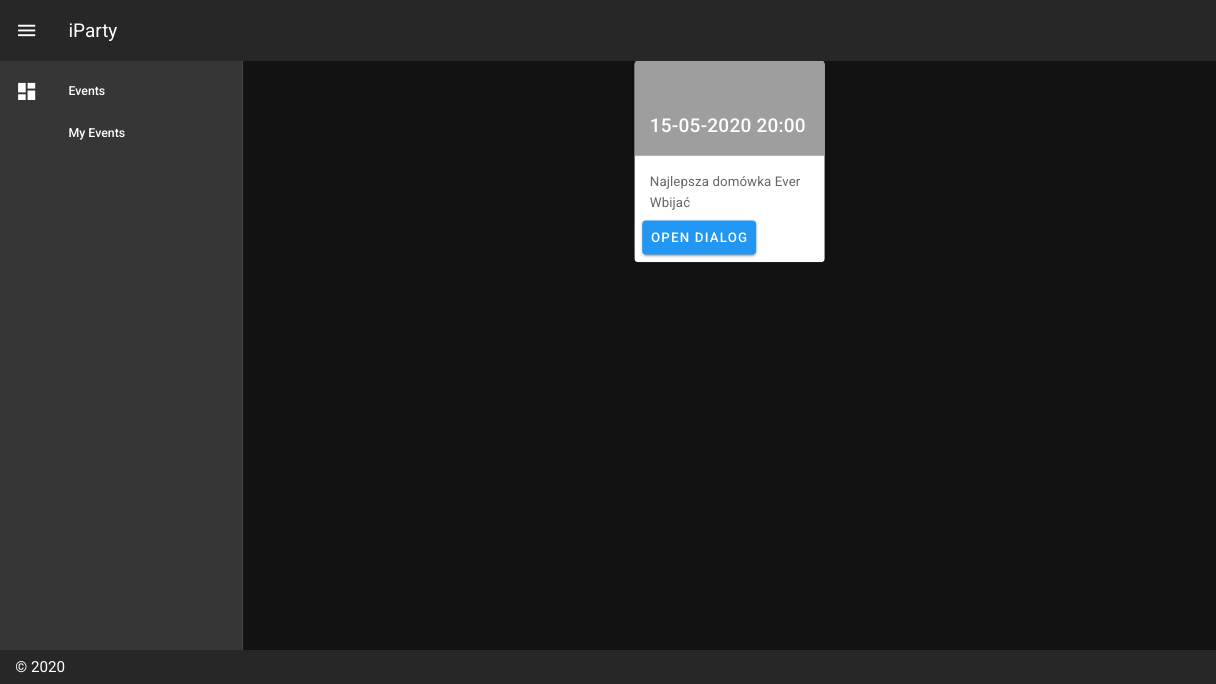
Repository: hexanek/partyapp
Page: /
These files come from the project's save history. The page is drawn as it stood at one moment and after the next save; the edit follows.
The browser window is 1280 px wide. The pictures show the whole page, at 95% of full size.
Pictures or frames that could not be fetched are drawn as grey boxes. The project was rebuilt for these pictures with package versions that can differ from the ones it lists, and the page was loaded fresh each time. Also part of the build but not shown: vue.config.js.

Above is the page before, as saved 2020-01-25 18:22:21.

After the next save:
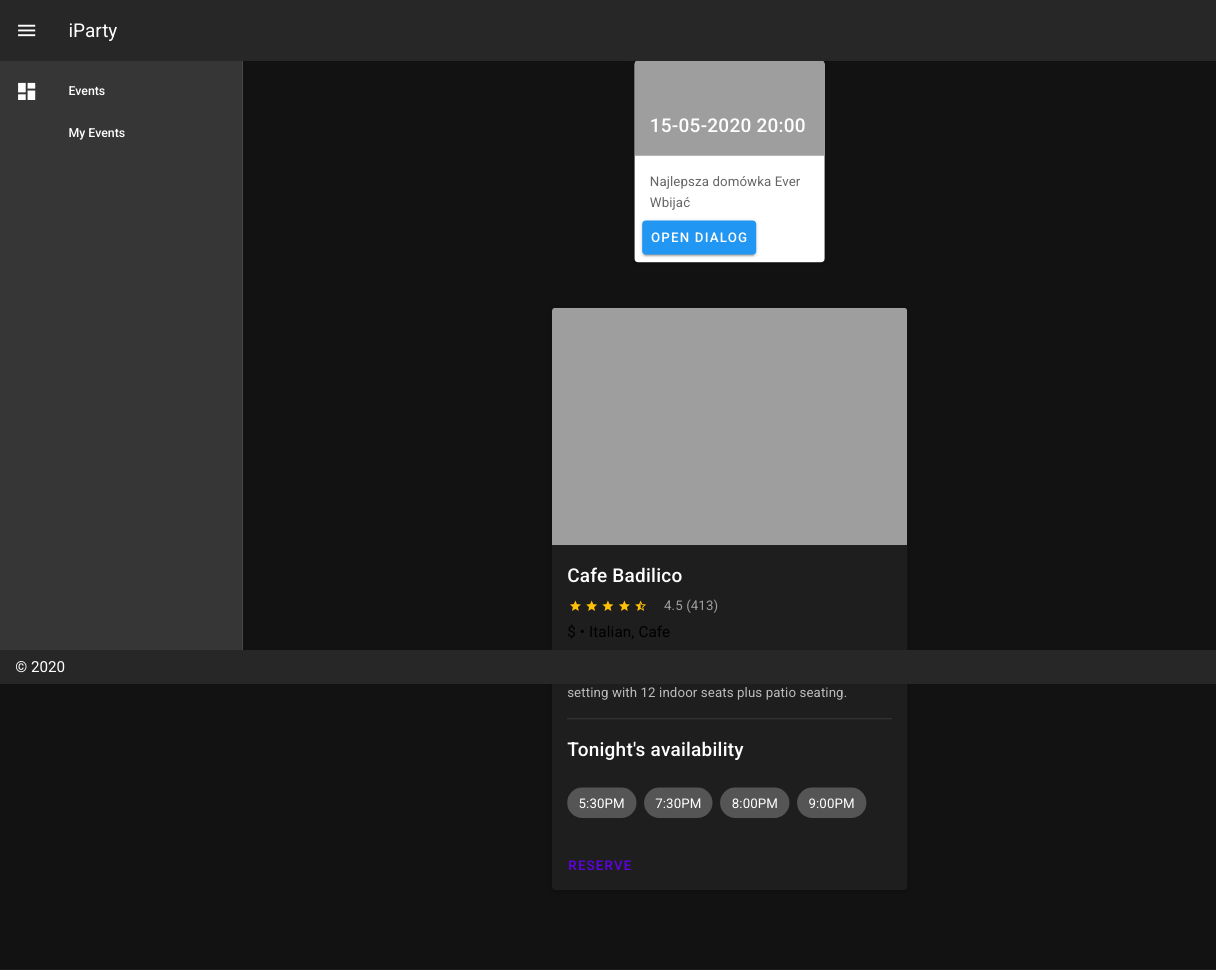
Saved 6 min 1 s later.
--- a/src/components/Gmap.vue
+++ b/src/components/Gmap.vue
@@ -33,10 +33,17 @@
       temporary
       v-model="detail"
       >
+
+
+      </v-navigation-drawer>
+
       <v-card
     :loading="loading"
     class="mx-auto my-12"
     max-width="374"
+    fixed
+    temporary
+    v-model="detail"
   >
     <v-img
       height="250"
@@ -99,8 +106,6 @@
       </v-btn>
     </v-card-actions>
   </v-card>
-
-      </v-navigation-drawer>
 
 
   </div>
